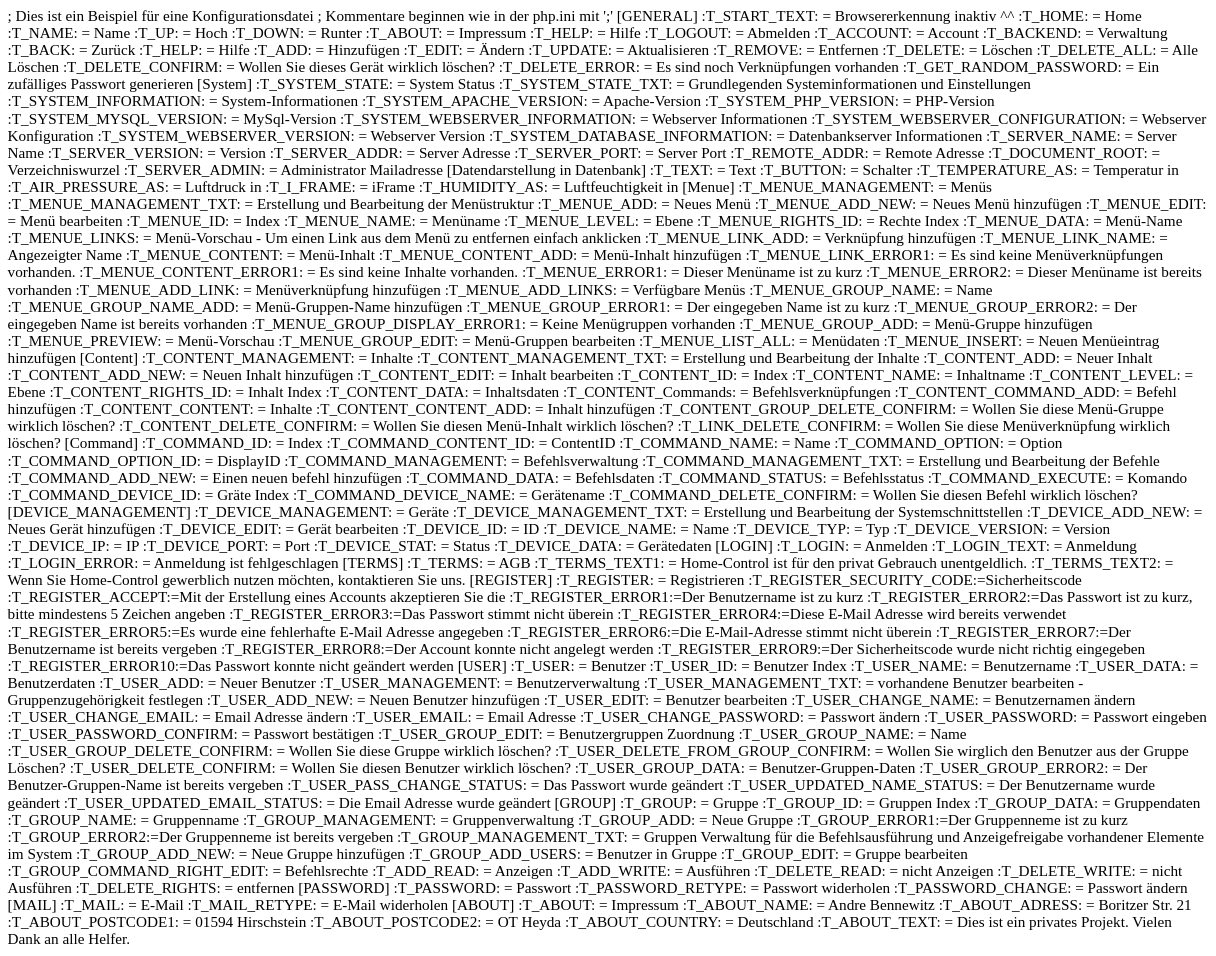
Repository: 0xF3ERROR/Home-Control
Page: http://localhost/language/lang_Ger.php
An editor plug-in stored every save of this project. The page is shown before and after the next save, followed by the edit.
The browser window is 1280 px wide. The pictures show the whole page, at 95% of full size.
The page is run by PHP 8.4 with error messages shown; the project is at /var/www/html/.

Above is the page before, as saved 2012-09-17 19:24:49.

### Source/language/lang_Ger.php
; Dies ist ein Beispiel für eine Konfigurationsdatei
; Kommentare beginnen wie in der php.ini mit ';'


[GENERAL]
:T_START_TEXT: = Browsererkennung inaktiv ^^
:T_HOME: = Home
:T_NAME: = Name
:T_UP: = Hoch
:T_DOWN: = Runter
:T_ABOUT: = Impressum
:T_HELP: = Hilfe
:T_LOGOUT: = Abmelden
:T_ACCOUNT: = Account
:T_BACKEND: = Verwaltung
:T_BACK: = Zurück
:T_HELP: = Hilfe
:T_ADD: = Hinzufügen
:T_EDIT: = Ändern
:T_UPDATE: = Aktualisieren
:T_REMOVE: = Entfernen
:T_DELETE: = Löschen
:T_DELETE_ALL: = Alle Löschen
:T_DELETE_CONFIRM: = Wollen Sie dieses Gerät wirklich löschen?
:T_DELETE_ERROR: = Es sind noch Verknüpfungen vorhanden
:T_GET_RANDOM_PASSWORD: = Ein zufälliges Passwort generieren


[System]
:T_SYSTEM_STATE: = System Status
:T_SYSTEM_STATE_TXT: = Grundlegenden Systeminformationen und Einstellungen
:T_SYSTEM_INFORMATION: = System-Informationen
:T_SYSTEM_APACHE_VERSION: = Apache-Version
:T_SYSTEM_PHP_VERSION: = PHP-Version
:T_SYSTEM_MYSQL_VERSION: = MySql-Version
:T_SYSTEM_WEBSERVER_INFORMATION: = Webserver Informationen
:T_SYSTEM_WEBSERVER_CONFIGURATION: = Webserver Konfiguration
:T_SYSTEM_WEBSERVER_VERSION: = Webserver Version
:T_SYSTEM_DATABASE_INFORMATION: = Datenbankserver Informationen
:T_SERVER_NAME: = Server Name
:T_SERVER_VERSION: = Version
:T_SERVER_ADDR: = Server Adresse
:T_SERVER_PORT: = Server Port
:T_REMOTE_ADDR: = Remote Adresse
:T_DOCUMENT_ROOT: = Verzeichniswurzel
:T_SERVER_ADMIN: = Administrator Mailadresse





[Datendarstellung in Datenbank]
:T_TEXT: = Text
:T_BUTTON: = Schalter
:T_TEMPERATURE_AS: = Temperatur in
:T_AIR_PRESSURE_AS: = Luftdruck in
:T_I_FRAME: = iFrame
:T_HUMIDITY_AS: = Luftfeuchtigkeit in



[Menue]
:T_MENUE_MANAGEMENT: = Menüs
:T_MENUE_MANAGEMENT_TXT: = Erstellung und Bearbeitung der Menüstruktur
:T_MENUE_ADD: = Neues Menü
:T_MENUE_ADD_NEW: = Neues Menü hinzufügen
:T_MENUE_EDIT: = Menü bearbeiten
:T_MENUE_ID: = Index
:T_MENUE_NAME: = Menüname
:T_MENUE_LEVEL: = Ebene
:T_MENUE_RIGHTS_ID: = Rechte Index
:T_MENUE_DATA: = Menü-Name
:T_MENUE_LINKS: = Menü-Vorschau - Um einen Link aus dem Menü zu entfernen einfach anklicken
:T_MENUE_LINK_ADD: = Verknüpfung hinzufügen
:T_MENUE_LINK_NAME: = Angezeigter Name
:T_MENUE_CONTENT: = Menü-Inhalt
:T_MENUE_CONTENT_ADD: = Menü-Inhalt hinzufügen
:T_MENUE_LINK_ERROR1: = Es sind keine Menüverknüpfungen vorhanden.
:T_MENUE_CONTENT_ERROR1: = Es sind keine Inhalte vorhanden.
:T_MENUE_ERROR1: = Dieser Menüname ist zu kurz
:T_MENUE_ERROR2: = Dieser Menüname ist bereits vorhanden
:T_MENUE_ADD_LINK: = Menüverknüpfung hinzufügen
:T_MENUE_ADD_LINKS: = Verfügbare Menüs
:T_MENUE_GROUP_NAME: = Name
:T_MENUE_GROUP_NAME_ADD: = Menü-Gruppen-Name hinzufügen
:T_MENUE_GROUP_ERROR1: = Der eingegeben Name ist zu kurz
:T_MENUE_GROUP_ERROR2: = Der eingegeben Name ist bereits vorhanden
:T_MENUE_GROUP_DISPLAY_ERROR1: = Keine Menügruppen vorhanden
:T_MENUE_GROUP_ADD: = Menü-Gruppe hinzufügen
:T_MENUE_PREVIEW: = Menü-Vorschau
:T_MENUE_GROUP_EDIT: = Menü-Gruppen bearbeiten
:T_MENUE_LIST_ALL: = Menüdaten
:T_MENUE_INSERT: = Neuen Menüeintrag hinzufügen
[Content]
:T_CONTENT_MANAGEMENT: = Inhalte
:T_CONTENT_MANAGEMENT_TXT: = Erstellung und Bearbeitung der Inhalte
:T_CONTENT_ADD: = Neuer Inhalt
:T_CONTENT_ADD_NEW: = Neuen Inhalt hinzufügen
:T_CONTENT_EDIT: = Inhalt bearbeiten
:T_CONTENT_ID: = Index
:T_CONTENT_NAME: = Inhaltname
:T_CONTENT_LEVEL: = Ebene
:T_CONTENT_RIGHTS_ID: = Inhalt Index
:T_CONTENT_DATA: = Inhaltsdaten
:T_CONTENT_Commands: = Befehlsverknüpfungen
:T_CONTENT_COMMAND_ADD: = Befehl hinzufügen
:T_CONTENT_CONTENT: = Inhalte
:T_CONTENT_CONTENT_ADD: = Inhalt hinzufügen
:T_CONTENT_GROUP_DELETE_CONFIRM: = Wollen Sie diese Menü-Gruppe wirklich löschen?
:T_CONTENT_DELETE_CONFIRM: = Wollen Sie diesen Menü-Inhalt wirklich löschen?
:T_LINK_DELETE_CONFIRM: = Wollen Sie diese Menüverknüpfung wirklich löschen?



[Command]
:T_COMMAND_ID: = Index
:T_COMMAND_CONTENT_ID: = ContentID
:T_COMMAND_NAME: = Name
:T_COMMAND_OPTION: = Option
:T_COMMAND_OPTION_ID: = DisplayID
:T_COMMAND_MANAGEMENT: = Befehlsverwaltung
:T_COMMAND_MANAGEMENT_TXT: = Erstellung und Bearbeitung der Befehle
:T_COMMAND_ADD_NEW: = Einen neuen befehl hinzufügen
:T_COMMAND_DATA: = Befehlsdaten
:T_COMMAND_STATUS: = Befehlsstatus
:T_COMMAND_EXECUTE: = Komando
:T_COMMAND_DEVICE_ID: = Gräte Index
:T_COMMAND_DEVICE_NAME: = Gerätename
:T_COMMAND_DELETE_CONFIRM: = Wollen Sie diesen Befehl wirklich löschen?


[DEVICE_MANAGEMENT]
:T_DEVICE_MANAGEMENT: = Geräte
:T_DEVICE_MANAGEMENT_TXT: = Erstellung und Bearbeitung der Systemschnittstellen
:T_DEVICE_ADD_NEW: = Neues Gerät hinzufügen
:T_DEVICE_EDIT: = Gerät bearbeiten
:T_DEVICE_ID: = ID
:T_DEVICE_NAME: = Name
:T_DEVICE_TYP: = Typ
:T_DEVICE_VERSION: = Version
:T_DEVICE_IP: = IP
:T_DEVICE_PORT: = Port
:T_DEVICE_STAT: = Status
:T_DEVICE_DATA: = Gerätedaten


[LOGIN]
:T_LOGIN: = Anmelden
:T_LOGIN_TEXT: = Anmeldung
:T_LOGIN_ERROR: = Anmeldung ist fehlgeschlagen


[TERMS]
:T_TERMS: = AGB
:T_TERMS_TEXT1: = Home-Control ist für den privat Gebrauch unentgeldlich.
:T_TERMS_TEXT2: = Wenn Sie Home-Control gewerblich nutzen möchten, kontaktieren Sie uns.


[REGISTER]
:T_REGISTER: = Registrieren
:T_REGISTER_SECURITY_CODE:=Sicherheitscode
:T_REGISTER_ACCEPT:=Mit der Erstellung eines Accounts akzeptieren Sie die
:T_REGISTER_ERROR1:=Der Benutzername ist zu kurz
:T_REGISTER_ERROR2:=Das Passwort ist zu kurz, bitte mindestens 5 Zeichen angeben
:T_REGISTER_ERROR3:=Das Passwort stimmt nicht überein
:T_REGISTER_ERROR4:=Diese E-Mail Adresse wird bereits verwendet
:T_REGISTER_ERROR5:=Es wurde eine fehlerhafte E-Mail Adresse angegeben
:T_REGISTER_ERROR6:=Die E-Mail-Adresse stimmt nicht überein
:T_REGISTER_ERROR7:=Der Benutzername ist bereits vergeben
:T_REGISTER_ERROR8:=Der Account konnte nicht angelegt werden
:T_REGISTER_ERROR9:=Der Sicherheitscode wurde nicht richtig eingegeben
:T_REGISTER_ERROR10:=Das Passwort konnte nicht geändert werden


[USER]
:T_USER: = Benutzer
:T_USER_ID: = Benutzer Index
:T_USER_NAME: = Benutzername
:T_USER_DATA: = Benutzerdaten
:T_USER_ADD: = Neuer Benutzer
:T_USER_MANAGEMENT: = Benutzerverwaltung
:T_USER_MANAGEMENT_TXT: = vorhandene Benutzer bearbeiten - Gruppenzugehörigkeit festlegen
:T_USER_ADD_NEW: = Neuen Benutzer hinzufügen
:T_USER_EDIT: = Benutzer bearbeiten
:T_USER_CHANGE_NAME: = Benutzernamen ändern
:T_USER_CHANGE_EMAIL: = Email Adresse ändern
:T_USER_EMAIL: = Email Adresse
:T_USER_CHANGE_PASSWORD: = Passwort ändern
:T_USER_PASSWORD: = Passwort eingeben
:T_USER_PASSWORD_CONFIRM: = Passwort bestätigen
:T_USER_GROUP_EDIT: = Benutzergruppen Zuordnung
:T_USER_GROUP_NAME: = Name
:T_USER_GROUP_DELETE_CONFIRM: = Wollen Sie diese Gruppe wirklich löschen?
:T_USER_DELETE_FROM_GROUP_CONFIRM: = Wollen Sie wirglich den Benutzer aus der Gruppe Löschen?
:T_USER_DELETE_CONFIRM: = Wollen Sie diesen Benutzer wirklich löschen?
:T_USER_GROUP_DATA: = Benutzer-Gruppen-Daten
:T_USER_GROUP_ERROR2: = Der Benutzer-Gruppen-Name ist bereits vergeben


:T_USER_PASS_CHANGE_STATUS: = Das Passwort wurde geändert
:T_USER_UPDATED_NAME_STATUS: = Der Benutzername wurde geändert
:T_USER_UPDATED_EMAIL_STATUS: = Die Email Adresse wurde geändert

[GROUP]
:T_GROUP: = Gruppe
:T_GROUP_ID: = Gruppen Index
:T_GROUP_DATA: = Gruppendaten
:T_GROUP_NAME: = Gruppenname
:T_GROUP_MANAGEMENT: = Gruppenverwaltung
:T_GROUP_ADD: = Neue Gruppe
:T_GROUP_ERROR1:=Der Gruppenneme ist zu kurz
:T_GROUP_ERROR2:=Der Gruppenneme ist bereits vergeben
:T_GROUP_MANAGEMENT_TXT: = Gruppen Verwaltung für die Befehlsausführung und Anzeigefreigabe vorhandener Elemente im System
:T_GROUP_ADD_NEW: = Neue Gruppe hinzufügen
:T_GROUP_ADD_USERS: = Benutzer in Gruppe
:T_GROUP_EDIT: = Gruppe bearbeiten
:T_GROUP_COMMAND_RIGHT_EDIT: = Befehlsrechte
:T_ADD_READ: = Anzeigen
:T_ADD_WRITE: = Ausführen
:T_DELETE_READ: = nicht Anzeigen
:T_DELETE_WRITE: = nicht Ausführen
:T_DELETE_RIGHTS: = entfernen

[PASSWORD]
:T_PASSWORD: = Passwort
:T_PASSWORD_RETYPE: = Passwort widerholen
:T_PASSWORD_CHANGE: = Passwort ändern


[MAIL]
:T_MAIL: = E-Mail
:T_MAIL_RETYPE: = E-Mail widerholen


[ABOUT]
:T_ABOUT: = Impressum
:T_ABOUT_NAME: = Andre Bennewitz
:T_ABOUT_ADRESS: = Boritzer Str. 21
:T_ABOUT_POSTCODE1: = 01594 Hirschstein
:T_ABOUT_POSTCODE2: = OT Heyda
:T_ABOUT_COUNTRY: = Deutschland
:T_ABOUT_TEXT: = Dies ist ein privates Projekt. Vielen Dank an alle Helfer.

After the next save:
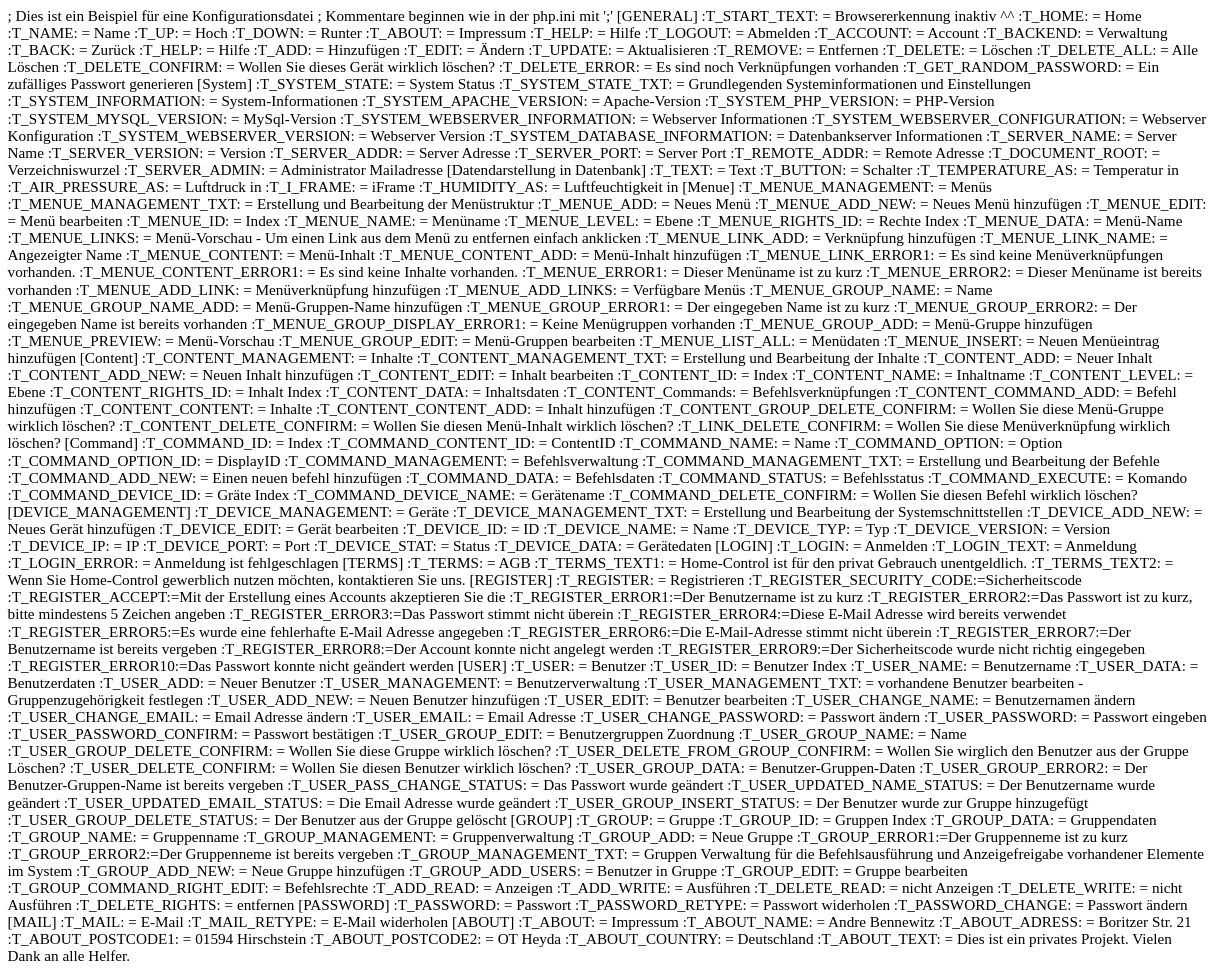
Saved 85 s later.
--- a/Source/language/lang_Ger.php
+++ b/Source/language/lang_Ger.php
@@ -201,6 +201,11 @@
 :T_USER_UPDATED_NAME_STATUS: = Der Benutzername wurde geändert
 :T_USER_UPDATED_EMAIL_STATUS: = Die Email Adresse wurde geändert
 
+:T_USER_GROUP_INSERT_STATUS: = Der Benutzer wurde zur Gruppe hinzugefügt
+:T_USER_GROUP_DELETE_STATUS: = Der Benutzer aus der Gruppe gelöscht
+
+
+
 [GROUP]
 :T_GROUP: = Gruppe
 :T_GROUP_ID: = Gruppen Index
